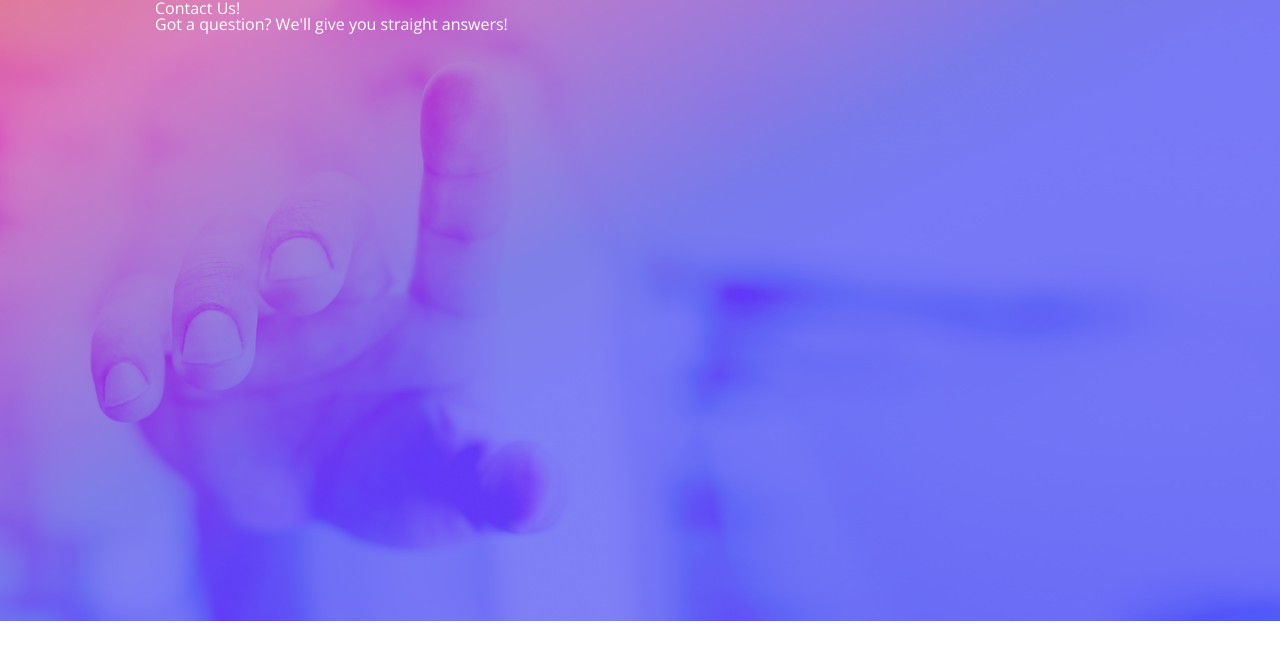
Repository: pixendrit/beetroot-fe-g1
Page: classwork/11 - Creating forms/class/index.html
The author's editor kept a copy of each file at every save. The page is drawn from the files as they stood at one save, then again after the next save.
The browser window is 1280 px wide. The pictures show the whole page.

Above is the page before, as saved 2021-02-06 09:33:58.

After the next save:
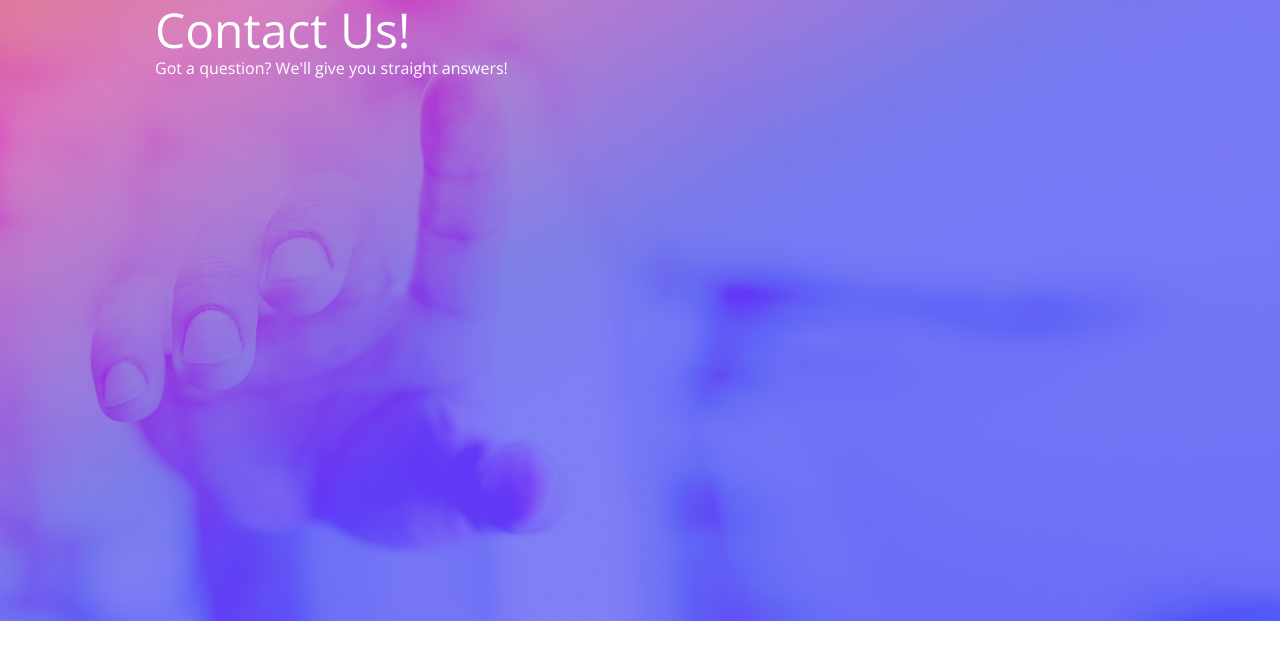
Saved 11 s later.
--- a/classwork/11 - Creating forms/class/styles/style.css
+++ b/classwork/11 - Creating forms/class/styles/style.css
@@ -74,3 +74,7 @@
 .contact-form__header {
   color: white;
 }
+.contact-form__title {
+  font-size: 48px;
+line-height: 60px
+}
